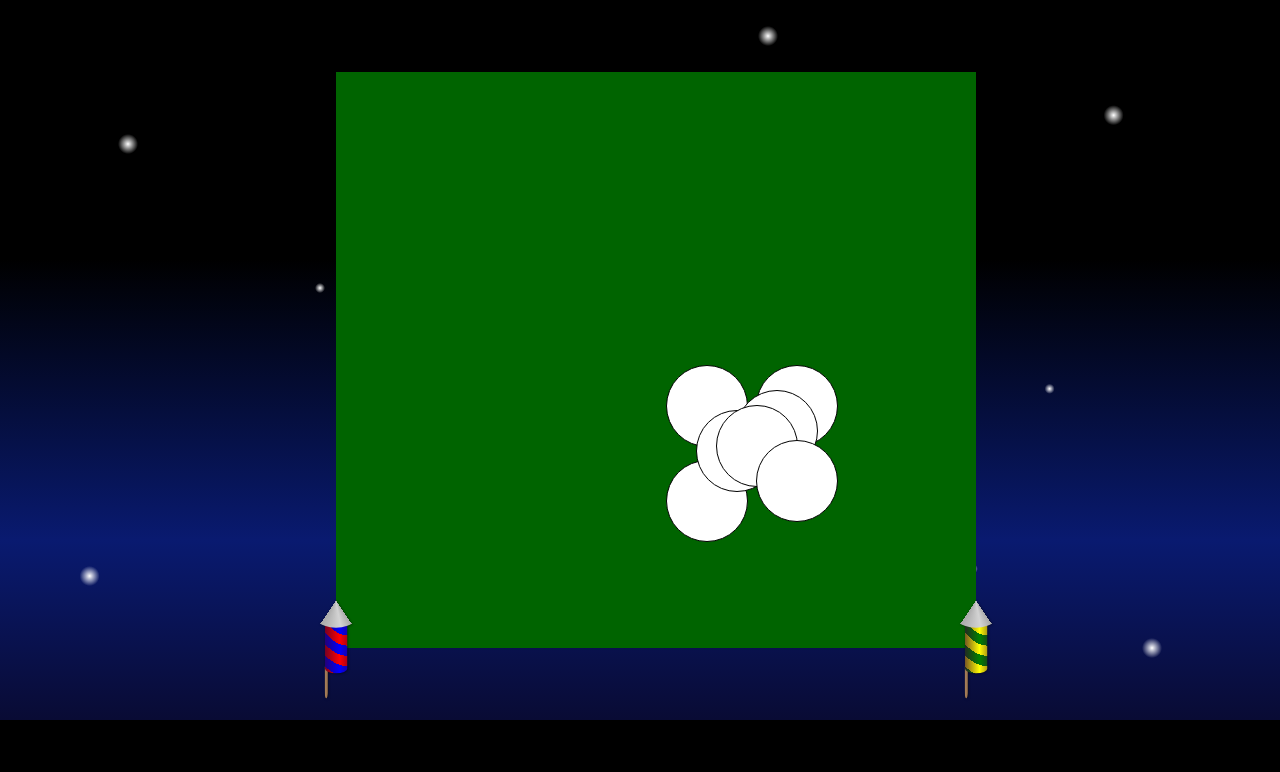
Repository: juliandecloe/CSS-To-The-Rescue---Julian-de-Cloe
Page: index.html
An editor plug-in stored every save of this project. The page is shown before and after the next save, followed by the edit.
The browser window is 1280 px wide. The pictures show the whole page.

Above is the page before, as saved 2022-03-10 17:20:39.

### index.html
<!DOCTYPE html>
<html lang="en">
	<head>
		<meta charset="UTF-8">
		<meta name="viewport" content="width=device-width, initial-scale=1.0">
		<title>The Anticlimax Fireworkshow!</title>
		<link rel="stylesheet" href="style.css">
	</head>
	<body>
		<input id="left" type="checkbox">
		<input id="middle" type="checkbox">
		<input id="right" type="checkbox">
		<main>
			<section>
				<label for="left">
					<figure></figure>
					<figure></figure>
					<figure></figure>
				</label>
				<ul>
					<li>
						<ul>
							<li></li>
							<li></li>
							<li></li>
							<li></li>
							<li></li>
						</ul>
					</li>
					<li>
						<ul>
							<li></li>
							<li></li>
							<li></li>
							<li></li>
							<li></li>
						</ul>
					</li>
					<li>
						<ul>
							<li></li>
							<li></li>
							<li></li>
							<li></li>
							<li></li>
						</ul>
					</li>
					<li>
						<ul>
							<li></li>
							<li></li>
							<li></li>
							<li></li>
							<li></li>
						</ul>
					</li>
					<li>
						<ul>
							<li></li>
							<li></li>
							<li></li>
							<li></li>
							<li></li>
						</ul>
					</li>
					<li>
						<ul>
							<li></li>
							<li></li>
							<li></li>
							<li></li>
							<li></li>
						</ul>
					</li>
					<li>
						<ul>
							<li></li>
							<li></li>
							<li></li>
							<li></li>
							<li></li>
						</ul>
					</li>
					<li>
						<ul>
							<li></li>
							<li></li>
							<li></li>
							<li></li>
							<li></li>
						</ul>
					</li>
					<li>
						<ul>
							<li></li>
							<li></li>
							<li></li>
							<li></li>
							<li></li>
						</ul>
					</li>
					<li>
						<ul>
							<li></li>
							<li></li>
							<li></li>
							<li></li>
							<li></li>
						</ul>
					</li>
					<li>
						<ul>
							<li></li>
							<li></li>
							<li></li>
							<li></li>
							<li></li>
						</ul>
					</li>
					<li>
						<ul>
							<li></li>
							<li></li>
							<li></li>
							<li></li>
							<li></li>
						</ul>
					</li>
				</ul>
			</section>
			<section>
				<label for="middle">
					<figure></figure>
					<figure></figure>
					<figure></figure>
				</label>
				<ul>
					<li>
						<ul>
							<li></li>
							<li></li>
							<li></li>
							<li></li>
							<li></li>
						</ul>
					</li>
					<li>
						<ul>
							<li></li>
							<li></li>
							<li></li>
							<li></li>
							<li></li>
						</ul>
					</li>
					<li>
						<ul>
							<li></li>
							<li></li>
							<li></li>
							<li></li>
							<li></li>
						</ul>
					</li>
					<li>
						<ul>
							<li></li>
							<li></li>
							<li></li>
							<li></li>
							<li></li>
						</ul>
					</li>
					<li>
						<ul>
							<li></li>
							<li></li>
							<li></li>
							<li></li>
							<li></li>
						</ul>
					</li>
					<li>
						<ul>
							<li></li>
							<li></li>
							<li></li>
							<li></li>
							<li></li>
						</ul>
					</li>
					<li>
						<ul>
							<li></li>
							<li></li>
							<li></li>
							<li></li>
							<li></li>
						</ul>
					</li>
					<li>
						<ul>
							<li></li>
							<li></li>
							<li></li>
							<li></li>
							<li></li>
						</ul>
					</li>
					<li>
						<ul>
							<li></li>
							<li></li>
							<li></li>
							<li></li>
							<li></li>
						</ul>
					</li>
					<li>
						<ul>
							<li></li>
							<li></li>
							<li></li>
							<li></li>
							<li></li>
						</ul>
					</li>
					<li>
						<ul>
							<li></li>
							<li></li>
							<li></li>
							<li></li>
							<li></li>
						</ul>
					</li>
					<li>
						<ul>
							<li></li>
							<li></li>
							<li></li>
							<li></li>
							<li></li>
						</ul>
					</li>
				</ul>
			</section>
			<section>
				<label for="right">
					<figure></figure>
					<figure></figure>
					<figure></figure>
				</label>
				<article>
					<ul>
						<li></li>
						<li></li>
						<li></li>
						<li></li>
						<li></li>
						<li></li>
						<li></li>
					</ul>
				</article>
			</section>
		</main>
	</body>
</html>

### style.css
/*========== GENERAL ==========*/

:root * {
	--hoekVar: calc(360deg / 12);
	--rotate: rotate(calc( var(--hoekVar) * var(--index) ));
	--hoekVar2: calc(360deg / 5);
	--rotate2: rotate(calc( var(--hoekVar2) * var(--index2) ));
	--hoekVar3: calc(360deg / 18);
	--rotate3: rotate(calc( var(--hoekVar3) * var(--index3) ));
	--star1: 5px;
	--star2: 3px;
}

@property --star1 {
	syntax: '<length>';
	inherits: false;
	initial-value: 0px;
}

@property --star2 {
	syntax: '<length>';
	inherits: false;
	initial-value: 0px;
}

* {
	padding: 0;
	margin: 0;
}

body, html {
	overflow: hidden;
}

html {
	background: linear-gradient(0deg, rgba(9,11,52,1) 0%, rgba(9,26,112,1) 25%, rgba(0,0,0,1) 64%, rgba(0,0,0,1) 100%);
}

@keyframes stars {
	0% {
		--star1: 5px;
	}
	100% {
		--star1: 10px;
	}
}

@keyframes stars2 {
	0% {
		--star2: 3px;
	}
	100% {
		--star2: 6px;
	}
}

body {
	background-position: center;
	background-image:
	radial-gradient(
		circle at
			10%
			20%,
		white,
		transparent var(--star1)
	),
	radial-gradient(
		circle at
			34%
			15%,
		white,
		transparent var(--star2)
	),
	radial-gradient(
		circle at
			50%
			60%,
		white,
		transparent var(--star2)
	),
	radial-gradient(
		circle at
			60%
			80%,
		white,
		transparent var(--star2)
	),
	radial-gradient(
		circle at
			25%
			40%,
		white,
		transparent var(--star2)
	),
	radial-gradient(
		circle at
			7%
			80%,
		white,
		transparent var(--star1)
	),
	radial-gradient(
		circle at
			87%
			16%,
		white,
		transparent var(--star1)
	),
	radial-gradient(
		circle at
			76%
			79%,
		white,
		transparent var(--star2)
	),
	radial-gradient(
		circle at
			90%
			90%,
		white,
		transparent var(--star1)
	),
	radial-gradient(
		circle at
			60%
			5%,
		white,
		transparent var(--star1)
	),
	radial-gradient(
		circle at
			72%
			32%,
		white,
		transparent var(--star2)
	),
	radial-gradient(
		circle at
			50%
			28%,
		white,
		transparent var(--star1)
	),
	radial-gradient(
		circle at
			37%
			80%,
		white,
		transparent var(--star1)
	),
	radial-gradient(
		circle at
			82%
			54%,
		white,
		transparent var(--star2)
	);
	animation:
	stars 1s linear alternate infinite,
	stars2 1.5s linear alternate infinite;
}

@media (prefers-reduced-motion) {
	body {
		animation-name: dissolve;
	}
}

main {
	display: flex;
	justify-content: center;
	align-items: end;
	width: 100vw;
	height: 100vh;
	padding-left: 1rem;
}

@media (max-width: 630px) {
	main {
		transform: scale(.5) translateY(50vh);
	}
}

section {
	display: grid;
	place-items: center;
	transition: 1s ease-out;
	width: 50vw;
}

@media (max-width: 630px) {
	section {
		width: 80vw;
	}
}

input {
	display: none;
}

/*========== FIRE ROCKET ==========*/

/*===== GENERAL =====*/

label {
	transform: scale(.3) translateY(50vh);
	z-index: 5;
	height: 350px;
	width: 120px;
	filter: drop-shadow(2px 2px 4px rgb(0,0,0,0.5));
	transition: 1s;
	cursor: pointer;
	animation: 1s
}

@media (max-width: 630px) {
	label {
		transform: scale(.5);
	}
}

section label > figure:first-child {
	border-radius: 50%;
	position: absolute;
	left: calc(50% - 55px);
	width: 110px;
	height: 130px;
	z-index: 3;
	clip-path: ellipse(90% 70% at center top);
	background-image:
		conic-gradient(
		at center top,
		transparent 146deg,
		darkgray 146deg,
		lightgray 170deg,
		darkgray 214deg,
		transparent 214deg
	);
}

section label figure:nth-child(2) {
	position: absolute;
	top: 83px;
	left: calc(50% - 37.5px);
	width: 75px;
	height: 160px;
	z-index: 2;
	background-size: 100% 100%, 600% 600%;
	background-position:left top, 40% -30%;
	border-radius: 0 0 50% 50% / 0 0 1em 1em;
}

section label > figure:nth-child(3) {
	position: absolute;
	background: #BA8C63;
	top: 220px;
	left: calc(50% - 37.5px);
	width: 10px;
	height: 110px;
	z-index: 1;
	box-shadow: inset -2px 0 8px rgb(0,0,0,0.5);
	clip-path: ellipse(10px 95px at 50% 10%);
}


/*===== COLOR ARROWS =====*/

section:first-child label figure:nth-child(2) {
	background-image:
		linear-gradient(
			to right,
			#303a 0%,
			transparent 65%,
			#3036 100%
		),
		repeating-radial-gradient(
			red 0 1em,
			blue 1em 2em
	);
}

section:nth-child(2) label figure:nth-child(2) {
	background-image:
		linear-gradient(
			to right,
			#303a 0%,
			transparent 65%,
			#3036 100%
		),
		repeating-radial-gradient(
			green 0 1em,
			yellow 1em 2em
		);
}

section:last-child label figure:nth-child(2) {
	background-image:
		linear-gradient(
			to right,
			#303a 0%,
			transparent 65%,
			#3036 100%
		),
		repeating-radial-gradient(
			pink 0 1em,
			purple 1em 2em
		);
}


/*========== FIRE WORK ==========*/

/*===== LAYER 1 =====*/

section > ul {
	list-style-type: none;
	position: absolute;
	width: 1rem;
	height: 1rem;
	display: grid;
	place-items: center;
	/* background-color: #ff4; */
}

section > ul > li {
	position: absolute;
	top: 50%;
	width: 40%;
	height: 1200%;
	transform-origin: center top;
	transform: var(--rotate);
	transition: .3s ease-out;
	transition-delay: 1s;
	display: flex;
	/* background-color: #f004; */
}

section:nth-child(2) > ul > li {
	position: absolute;
	top: 50%;
	width: 40%;
	height: 1200%;
	transform-origin: center top;
	transform: var(--rotate);
	transition: .3s ease-out;
	transition-delay: 1s;
	display: flex;
	/* background-color: #f004; */
}

section > ul > li::after {
	content: "";
	display: block;
	width: 100%;
	height: 50%;
	transition: .2s ease-out;
	transform-origin: center top;
	transform: scaleY(0);
	position: absolute;
}

/* Color */

section:first-child > ul > li::after {
	background-color: blue;
}

section:nth-child(2) > ul > li::after {
	background-color: green;
}

section:last-child > ul li::after {
	background-color: pink;
}


/*===== LAYER 2 =====*/

section > ul > li ul {
	list-style-type: none;
	position: relative;
	width: .5em;
	aspect-ratio: 1/1;
	align-self: end;
	display: grid;
	place-items: center;
	/* background-color: #f088; */
}

section:first-child > ul > li li {
	position: absolute;
	top: 50%;
	width: 25%;
	aspect-ratio: 1/8;
	background-color: #f00;
	transform-origin: center top;
	transform: var(--rotate2) scaleY(0);
	transition: .3s ease-out;
	transition-delay: 1.8s;
}

section:nth-child(2) > ul > li li {
	position: absolute;
	width: 30%;
	height: 1200%;
	background-color: yellow;
	transform-origin: center;
	transform: var(--rotate2) scaleY(1);
	transition: .5s ease-out;
	transition-delay: 1.5s;
	visibility: hidden;
}


/*========== INTERACTION ==========*/

/*===== GENERAL =====*/

section > ul > li:nth-of-type(1) { --index:1; }
section > ul > li:nth-of-type(2) { --index:2; }
section > ul > li:nth-of-type(3) { --index:3; }
section > ul > li:nth-of-type(4) { --index:4; }
section > ul > li:nth-of-type(5) { --index:5; }
section > ul > li:nth-of-type(6) { --index:6; }
section > ul > li:nth-of-type(7) { --index:7; }
section > ul > li:nth-of-type(8) { --index:8; }
section > ul > li:nth-of-type(9) { --index:9; }
section > ul > li:nth-of-type(10) { --index:10; }
section > ul > li:nth-of-type(11) { --index:11; }
section > ul > li:nth-of-type(12) { --index:12; }

ul > li li:nth-of-type(1) { --index2:1; }
ul > li li:nth-of-type(2) { --index2:2; }
ul > li li:nth-of-type(3) { --index2:3; }
ul > li li:nth-of-type(4) { --index2:4; }
ul > li li:nth-of-type(5) { --index2:5; }

/* section:last-child li:nth-of-type(1) { --index3:1; }
section:last-child li:nth-of-type(2) { --index3:2; }
section:last-child li:nth-of-type(3) { --index3:3; }
section:last-child li:nth-of-type(4) { --index3:4; }
section:last-child li:nth-of-type(5) { --index3:5; }
section:last-child li:nth-of-type(6) { --index3:6; }
section:last-child li:nth-of-type(7) { --index3:7; }
section:last-child li:nth-of-type(8) { --index3:8; }
section:last-child li:nth-of-type(9) { --index3:9; }
section:last-child li:nth-of-type(10) { --index3:10; }
section:last-child li:nth-of-type(11) { --index3:11; }
section:last-child li:nth-of-type(12) { --index3:12; }
section:last-child li:nth-of-type(13) { --index3:13; }
section:last-child li:nth-of-type(14) { --index3:14; }
section:last-child li:nth-of-type(15) { --index3:15; }
section:last-child li:nth-of-type(16) { --index3:16; }
section:last-child li:nth-of-type(17) { --index3:17; }
section:last-child li:nth-of-type(18) { --index3:18; } */

/* Rocket */

input:first-child[type="checkbox"]:checked ~ main section:first-child, input:nth-child(2)[type="checkbox"]:checked ~ main section:nth-child(2) {
	transform: translateY(-50vh);
}

@media (max-width: 630px) {
	input:first-child[type="checkbox"]:checked ~ main section:first-child, input:nth-child(2)[type="checkbox"]:checked ~ main section:nth-child(2) {
		transform: translateY(-90vh);
	}
}

input:first-child[type="checkbox"]:checked ~ main section:first-child label, input:nth-child(2)[type="checkbox"]:checked ~ main section:nth-child(2) label {
	transform: scale(.5, .3);
	animation: explode 1s 1s ease-in forwards;
}

/* Explode 1 */

input:first-child[type="checkbox"]:checked ~ main section:first-child > ul > li, input:nth-child(2)[type="checkbox"]:checked ~ main section:nth-child(2) > ul > li {
	transform: var(--rotate) translateY(2em);
}

input:first-child[type="checkbox"]:checked ~ main section:first-child > ul > li::after, input:nth-child(2)[type="checkbox"]:checked ~ main section:nth-child(2) > ul > li::after {
	animation: after .3s 1s ease-out forwards;
}


/*===== ARROW 1 =====*/

input:first-child[type="checkbox"]:checked ~ main section:first-child > ul > li li {
	animation: lili .3s 1.5s ease-out forwards;
}

/*===== ARROW 2 =====*/

input:nth-child(2)[type="checkbox"]:checked ~ main section:nth-child(2) > ul > li li {
	visibility: visible;
	transform: var(--turn) scaleY(6) translateY(2em);
	opacity: 0;
}

/*===== ARROW 3 =====*/

input:nth-child(3)[type="checkbox"]:checked ~ main section:last-child {
	transform: translateY(-50vh);
}

input:nth-child(3)[type="checkbox"]:checked ~ main article label {
	animation: huge .8s 1s ease-out forwards;
}

/*========== ANIMATIONS ==========*/

@keyframes huge {
	0% {
		transform: scaleY(0);
	}
	99% {
		transform: translateY(200%) scaleY(0);
		opacity: 0;
	}
	100% {
		transform: translateY(0) scaleY(0);
		opacity: 1;
	}
}

@keyframes explode {
	0% {
		visibility: hidden;
	}
	99% {
		visibility: hidden;
	}
	100% {
		transform: translateY(65vh) scale(.3);
		visibility: visible;
	}
}

@keyframes after {
	0% {
		transform: scaleY(0);
	}
	33% {
		transform: scaleY(1) ;
	}
	67% {
		transform: translateY(100%) scaleY(1) ;
	}
	99% {
		transform: translateY(200%) scaleY(0) ;
	}
	100% {
		transform: translateY(0) scaleY(0) ;
	}
}

@keyframes lili {
	0% {
		transform: var(--rotate2) translateY(0) scaleY(0);
	}
	50% {
		transform: var(--rotate2) translateY(0) scaleY(3);
	}
	99% {
		transform: var(--rotate2) translateY(400%) scaleY(0);
	}
	100% {
		transform: var(--rotate2) translateY(0) scaleY(0);
	}
}



/*========== CLOUDS ==========*/

section:last-child label {
	display: none;
}

section:last-child {
	position: absolute;
	top: 10vh;
	background-color: darkgreen;
	width: 50vw;
	height: 80vh;
}

article ul {
	position: relative;
	list-style-type: none;
}

article li {
	position: absolute;
	border-radius: 50%;
	background-color: white !important;
	width: 5rem;
	height: 5rem;
	border: 1px solid black;
}

article li:first-child {
	top: 5px;
	left: 100px;
}

article li:nth-child(2) {
	top: 100px;
	left: 10px;
}

article li:nth-child(3) {
	top: 5px;
	left: 10px;
}

article li:nth-child(4) {
	top: 30px;
	left: 80px;
}

article li:nth-child(5) {
	top: 50px;
	left: 40px;
}

article li:nth-child(6) {
	top: 45px;
	left: 60px;
}

article li:last-child {
	top: 80px;
	left: 100px;
}

After the next save:
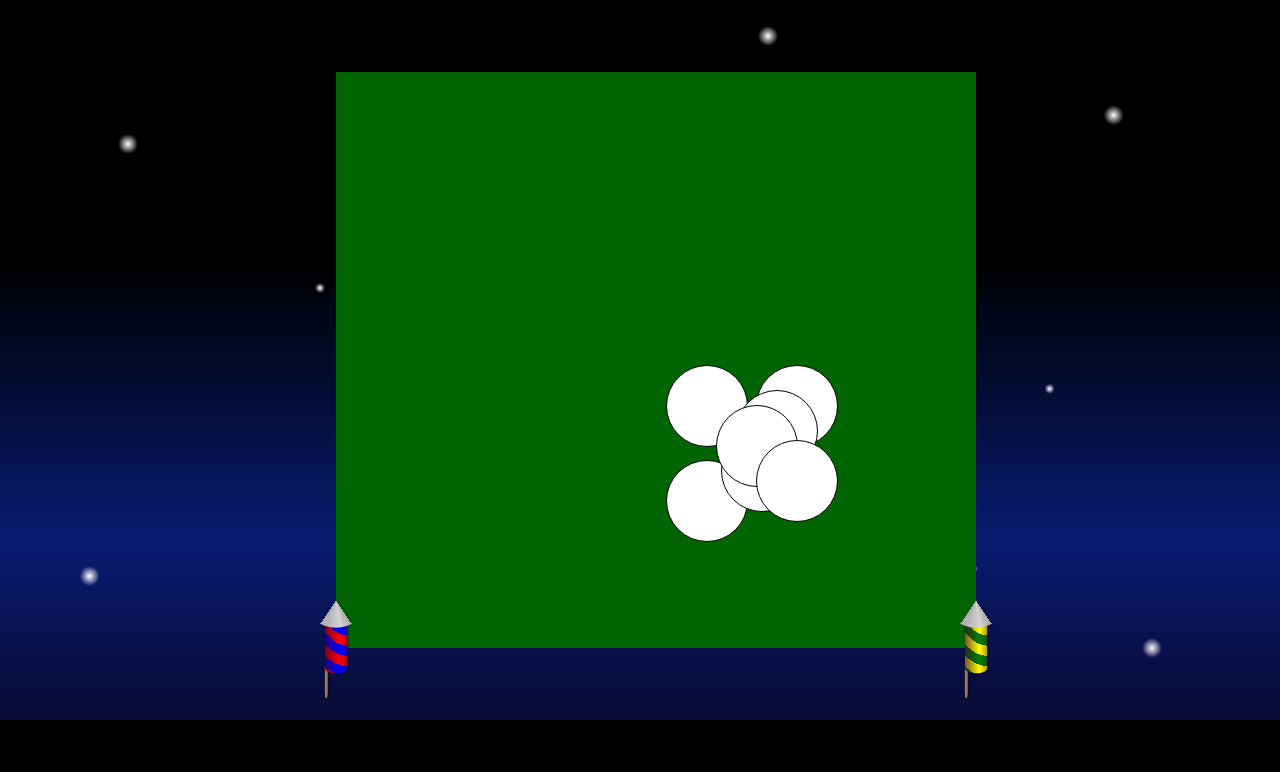
Saved 15 s later.
--- a/style.css
+++ b/style.css
@@ -619,8 +619,8 @@ article li:nth-child(4) {
 }
 
 article li:nth-child(5) {
-	top: 50px;
-	left: 40px;
+	top: 70px;
+	left: 65px;
 }
 
 article li:nth-child(6) {
